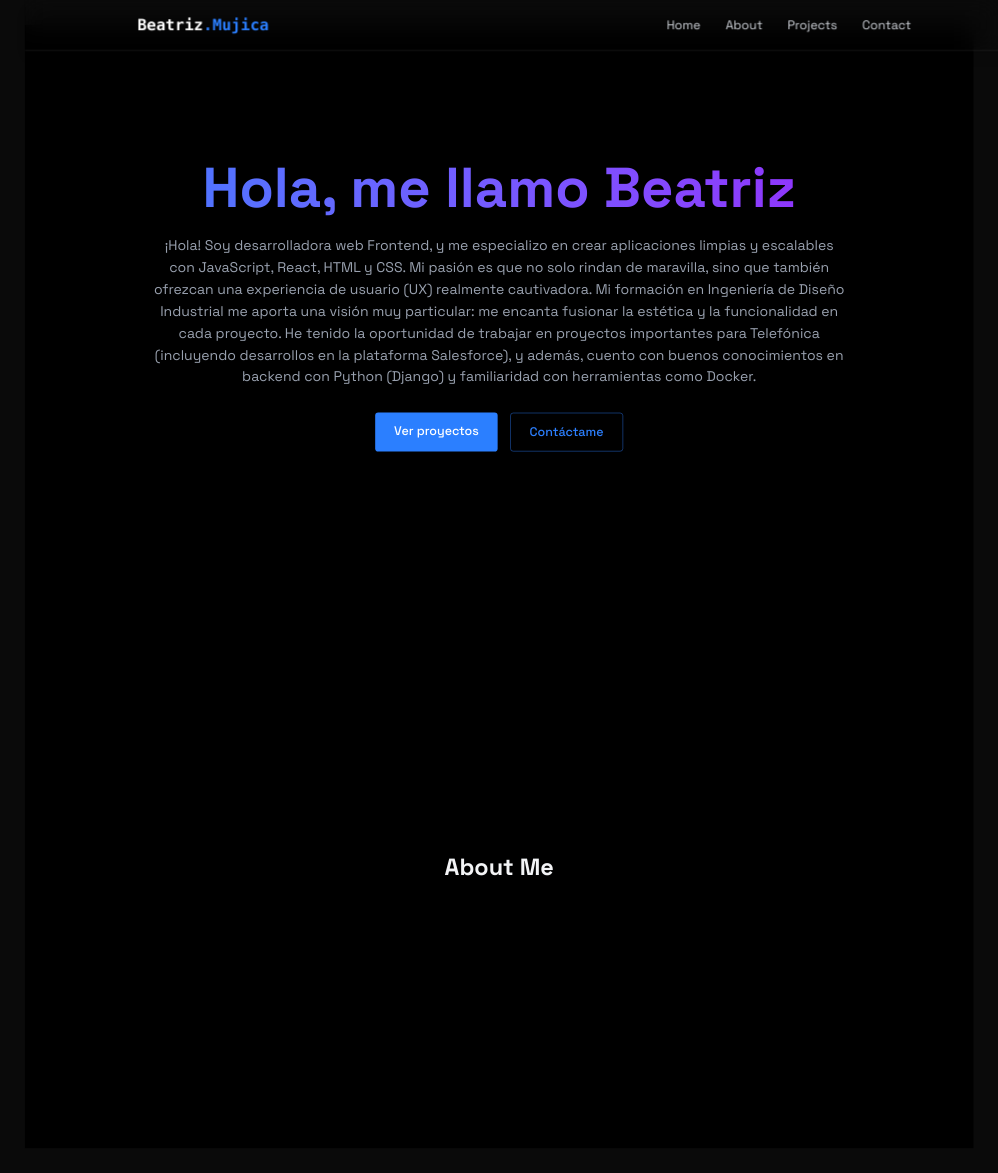
Repository: Bea0224/beatriz-portfolio
Page: /
The author's editor kept a copy of each file at every save. The page is drawn from the files as they stood at one save, then again after the next save.
The browser window is 1280 px wide. The pictures show the whole page, at 78% of full size.
The project was rebuilt for these pictures with package versions that can differ from the ones it lists, and the page was loaded fresh each time. Also part of the build but not shown: vite.config.js.

Above is the page before, as saved 2025-12-06 20:43:48.

After the next save:
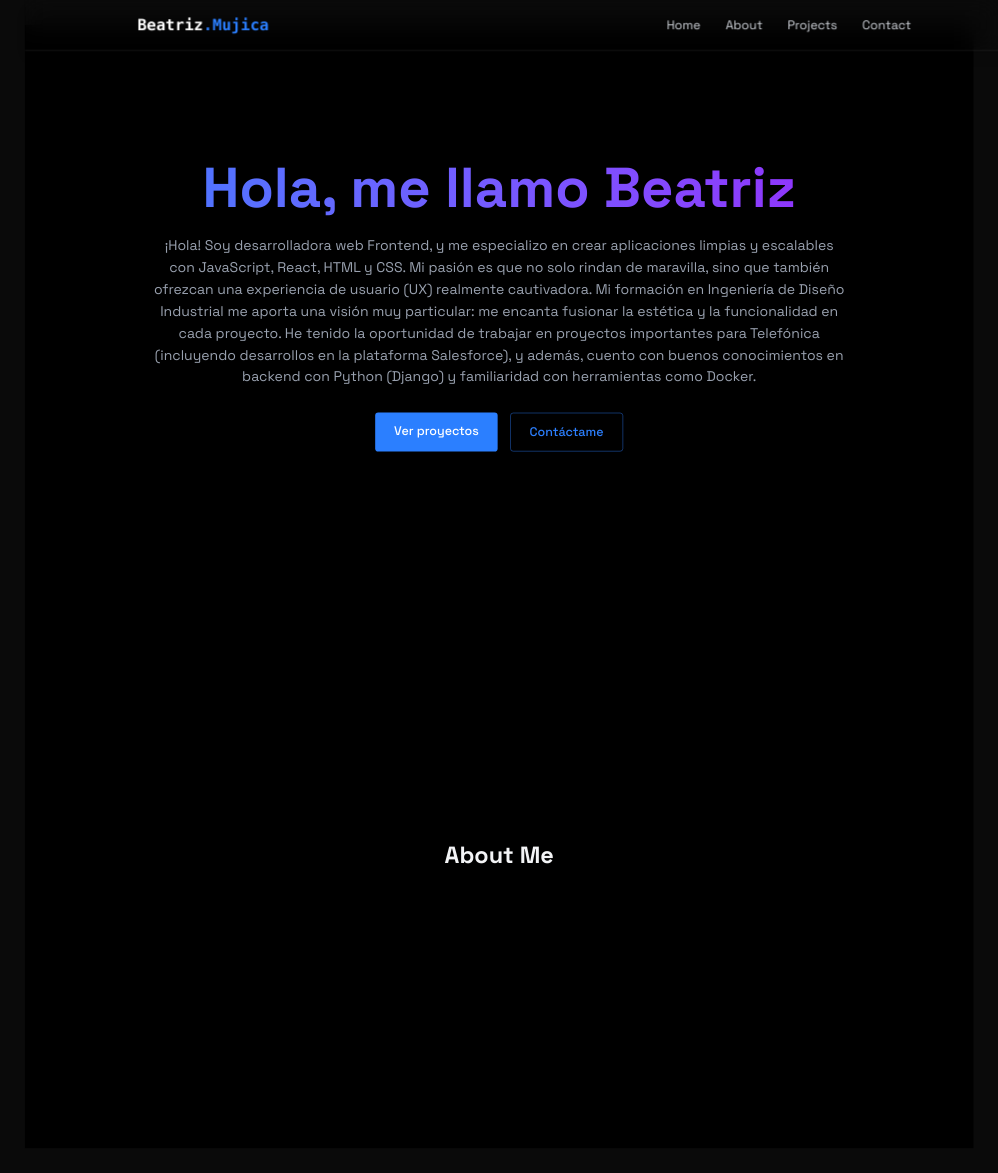
Saved 4 s later.
--- a/src/components/sections/About.jsx
+++ b/src/components/sections/About.jsx
@@ -5,7 +5,7 @@ export const About = () => {
             className="min-h-screen flex items-center justify-center py-20"
         >
             <div className="max-w-3xl mx-auto px-4">
-                <h2 className="text-3xl font-bold b">About Me</h2>
+                <h2 className="text-3xl font-bold mb-8">About Me</h2>
             </div>
         </section>
     );
